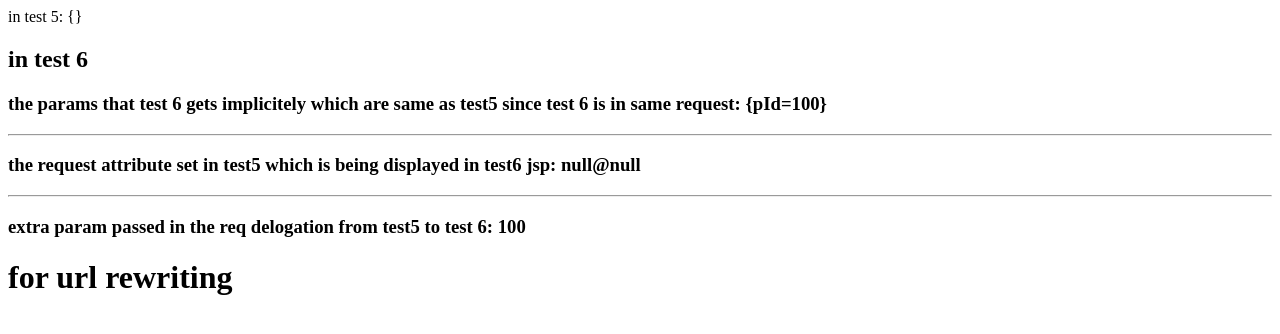
Repository: akshay399/adv-java-daywise
Page: http://localhost/day6.1_rerun/test5.jsp
An editor plug-in stored every save of this project. The page is shown before and after the next save, followed by the edit.
The browser window is 1280 px wide. The pictures show the whole page.
The page is served by Tomcat 9. Nobody is signed in. The application's start-up code is not run. Other server files are loaded and not shown.

Above is the page before, as saved 2022-11-28 18:04:56.

### day6.1_rerun/src/main/webapp/test5.jsp
<%@ page language="java" contentType="text/html; charset=UTF-8"
    pageEncoding="UTF-8"%>
<!DOCTYPE html>
<html>
<head>
<meta charset="UTF-8">
<title>Insert title here</title>
</head>
<body>
in test 5: ${param}
<% request.setAttribute("product_details", request.getParameter("product_name") + "@" + request.getParameter("price"));%>
<% session.setAttribute("trial", "for url rewriting"); %>
<jsp:include page="test6.jsp">
<jsp:param value="100" name="pId" />
</jsp:include>
</body>
</html>

### day6.1_rerun/src/main/webapp/test6.jsp
<%@ page language="java" contentType="text/html; charset=UTF-8"
    pageEncoding="UTF-8"%>
<!DOCTYPE html>
<html>
<head>
<meta charset="UTF-8">
<title>Insert title here</title>
</head>
<body>
<h2>in test 6</h2>
<h3>the params that test 6 gets implicitely which are same as test5 since test 6 is in same request: ${param}</h3>
<hr>
<h3>the request attribute set in test5 which is being displayed in test6 jsp: ${requestScope.product_details}
</h3>
<hr>
<h3>extra param passed in the req delogation from test5 to test 6: ${param.pId}</h3>
<h1>${sessionScope.trial}</h1>
</body>
</html>

After the next save:
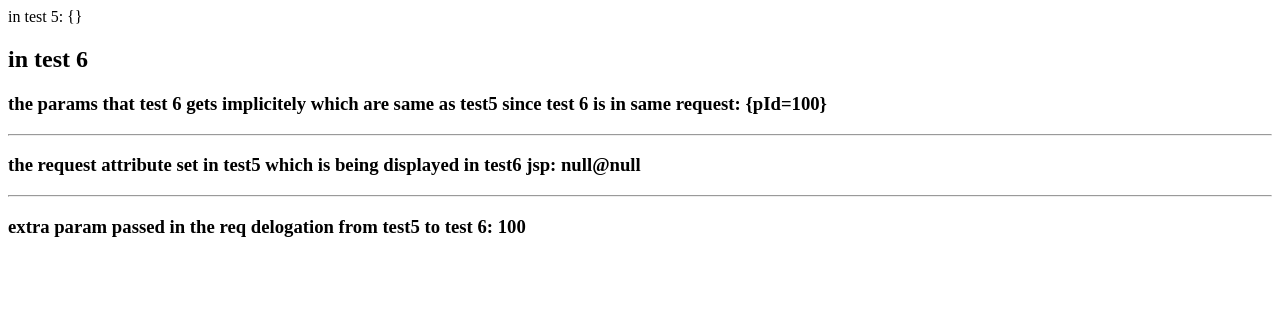
Saved 68 s later.
--- a/day6.1_rerun/src/main/webapp/test5.jsp
+++ b/day6.1_rerun/src/main/webapp/test5.jsp
@@ -9,7 +9,7 @@
 <body>
 in test 5: ${param}
 <% request.setAttribute("product_details", request.getParameter("product_name") + "@" + request.getParameter("price"));%>
-<% session.setAttribute("trial", "for url rewriting"); %>
+
 <jsp:include page="test6.jsp">
 <jsp:param value="100" name="pId" />
 </jsp:include>
